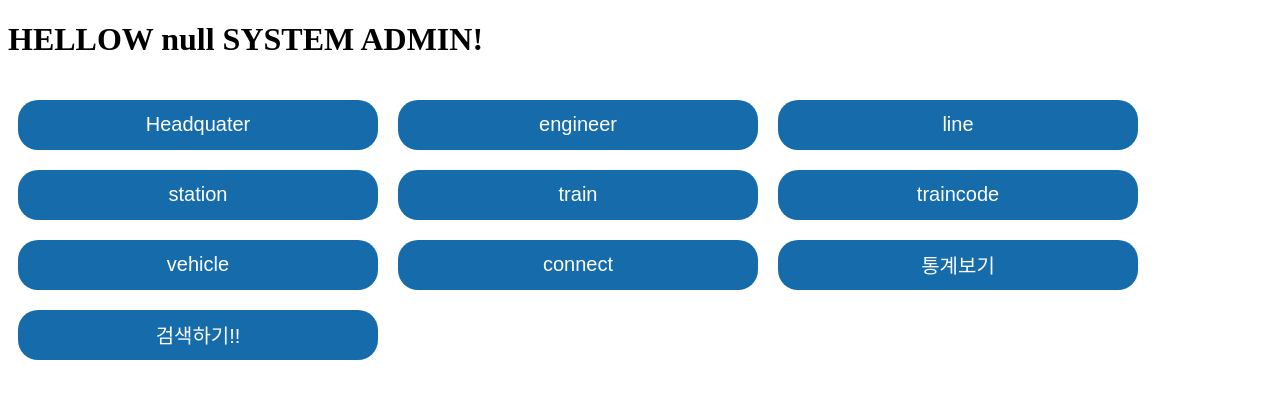
Repository: CISXO/JSP
Page: http://localhost/DB_Project/Sys_admin.jsp
The author's editor kept a copy of each file at every save. The page is drawn from the files as they stood at one save, then again after the next save.
The browser window is 1280 px wide. The pictures show the whole page.
The page is served by Tomcat 9.

Above is the page before, as saved 2022-12-22 00:42:08.

### DbProject/DB_Project/src/main/webapp/Sys_admin.jsp
<%@ page language="java" contentType="text/html; charset=EUC-KR"
    pageEncoding="EUC-KR"%>
<!DOCTYPE html>
<html>
<head>
<meta charset="EUC-KR">
<title>Insert title here</title>
<style type="text/css">
.loginButtonL{
float:left;
}

.loginButtonR{
float:left;

}
#loginButton{
width: 360px;
    height: 50px;
    margin: 0px 10px;
    color: #fff;
    background: #166caa;
    border: none;
    border-radius: 20px;
    font-size: 20px;
    cursor: pointer;
    margin-top:20px;
}


</style>
</head>
<body>
<%
String user_name = (String) session.getAttribute("user_name"); %>
<h1>HELLOW <%=user_name%> SYSTEM ADMIN!</h1>
<form id="station_update" action="DB/Headquarter.jsp" method="get">
            <div class="loginButtonL">
                    <input name="checkcheck" type="hidden" value="1">
                    <button id="loginButton" type="submit">Headquater</button>
            </div>
            </form>
            <div class="loginButtonL">
                <a href="DB/Engineer.jsp"><button id="loginButton" type="button">engineer</button></a>
            </div>
            <div class="loginButtonL">
                <a href="DB/line.jsp"><button id="loginButton" type="button">line</button></a>
            </div>
            <div class="loginButtonL">
                <a href="DB/station.jsp"><button id="loginButton" type="button">station</button></a>
            </div>
            <div class="loginButtonL">
                <a href="DB/train.jsp"><button id="loginButton" type="button">train</button></a>
            </div>
            <div class="loginButtonR">
                <a href="DB/traincode.jsp"><button id="loginButton" type="button">traincode</button></a>
            </div>
            <div class="loginButtonR">
                <a href="DB/vehicle.jsp"><button id="loginButton" type="button">vehicle</button></a>
            </div>
            <div class="loginButtonR">
                <a href="DB/connect.jsp"><button id="loginButton" type="button">connect</button></a>
            </div>
            <div class="loginButtonR">
                <a href="db_stats.jsp"><button id="loginButton" type="button">통계보기</button></a>
            </div>
            <div class="loginButtonR">
                <a href="DB/Search.jsp"><button id="loginButton" type="button">검색하기!!</button></a>
            </div>

</body>
</html>

After the next save:
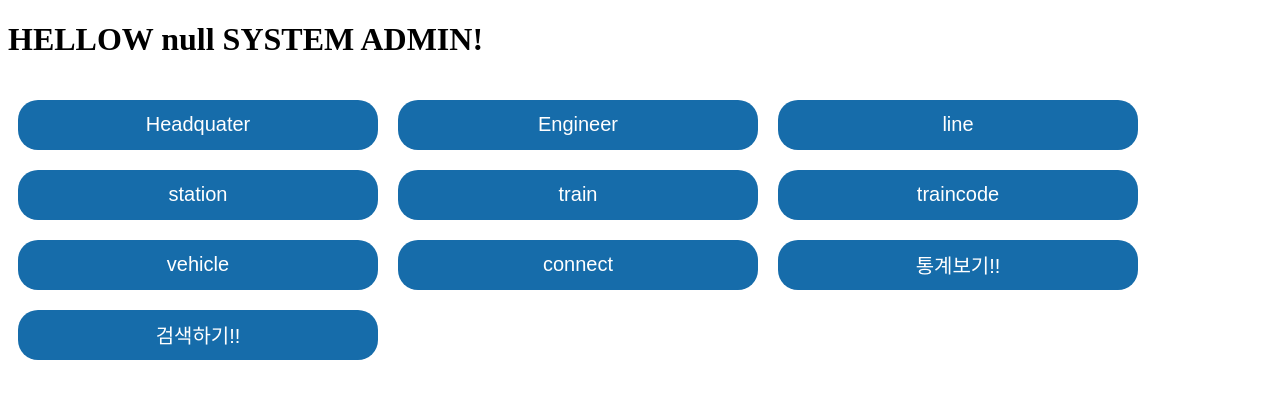
Saved 7 min 48 s later.
--- a/DbProject/DB_Project/src/main/webapp/Sys_admin.jsp
+++ b/DbProject/DB_Project/src/main/webapp/Sys_admin.jsp
@@ -40,30 +40,54 @@ String user_name = (String) session.getAttribute("user_name"); %>
                     <button id="loginButton" type="submit">Headquater</button>
             </div>
             </form>
+            <form id="station_update" action="DB/Engineer.jsp" method="get">
             <div class="loginButtonL">
-                <a href="DB/Engineer.jsp"><button id="loginButton" type="button">engineer</button></a>
+                    <input name="checkcheck" type="hidden" value="1">
+                    <button id="loginButton" type="submit">Engineer</button>
             </div>
+            </form>
+            <form id="station_update" action="DB/line.jsp" method="get">
             <div class="loginButtonL">
-                <a href="DB/line.jsp"><button id="loginButton" type="button">line</button></a>
+                    <input name="checkcheck" type="hidden" value="1">
+                    <button id="loginButton" type="submit">line</button>
             </div>
+            </form>
+            <form id="station_update" action="DB/station.jsp" method="get">
             <div class="loginButtonL">
-                <a href="DB/station.jsp"><button id="loginButton" type="button">station</button></a>
+                    <input name="checkcheck" type="hidden" value="1">
+                    <button id="loginButton" type="submit">station</button>
             </div>
+            </form>
+            <form id="station_update" action="DB/train.jsp" method="get">
             <div class="loginButtonL">
-                <a href="DB/train.jsp"><button id="loginButton" type="button">train</button></a>
+                    <input name="checkcheck" type="hidden" value="1">
+                    <button id="loginButton" type="submit">train</button>
             </div>
-            <div class="loginButtonR">
-                <a href="DB/traincode.jsp"><button id="loginButton" type="button">traincode</button></a>
+            </form>
+            <form id="station_update" action="DB/traincode.jsp" method="get">
+            <div class="loginButtonL">
+                    <input name="checkcheck" type="hidden" value="1">
+                    <button id="loginButton" type="submit">traincode</button>
             </div>
-            <div class="loginButtonR">
-                <a href="DB/vehicle.jsp"><button id="loginButton" type="button">vehicle</button></a>
+            </form>
+            <form id="station_update" action="DB/vehicle.jsp" method="get">
+            <div class="loginButtonL">
+                    <input name="checkcheck" type="hidden" value="1">
+                    <button id="loginButton" type="submit">vehicle</button>
             </div>
-            <div class="loginButtonR">
-                <a href="DB/connect.jsp"><button id="loginButton" type="button">connect</button></a>
+            </form>
+            <form id="station_update" action="DB/connect.jsp" method="get">
+            <div class="loginButtonL">
+                    <input name="checkcheck" type="hidden" value="1">
+                    <button id="loginButton" type="submit">connect</button>
             </div>
-            <div class="loginButtonR">
-                <a href="db_stats.jsp"><button id="loginButton" type="button">통계보기</button></a>
+            </form>
+            <form id="station_update" action="db_stats.jsp" method="get">
+            <div class="loginButtonL">
+                    <input name="checkcheck" type="hidden" value="1">
+                    <button id="loginButton" type="submit">통계보기!!</button>
             </div>
+            </form>
             <div class="loginButtonR">
                 <a href="DB/Search.jsp"><button id="loginButton" type="button">검색하기!!</button></a>
             </div>
